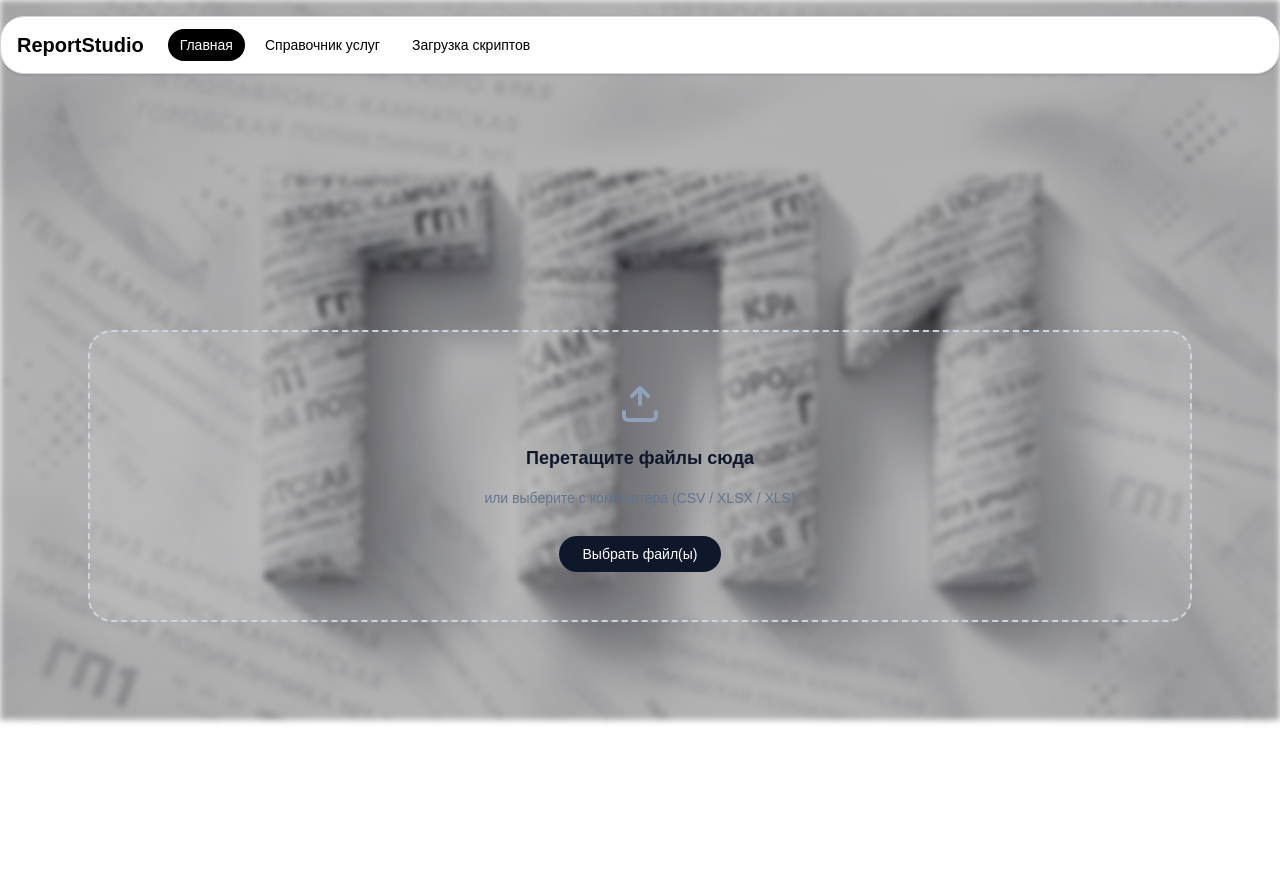
Repository: vladzap2423/report_studio_v2
Page: /
The author's editor kept a copy of each file at every save. The page is drawn from the files as they stood at one save, then again after the next save.
The browser window is 1280 px wide. The pictures show the whole page.
The project was rebuilt for these pictures with package versions that can differ from the ones it lists, and the page was loaded fresh each time. The framework's server and built-in components were replaced by stand-ins that run in the browser. Also part of the build but not shown: next.config.ts, src/app/components/ScriptsList.tsx.

Above is the page before, as saved 2026-03-16 16:43:08.

After the next save:
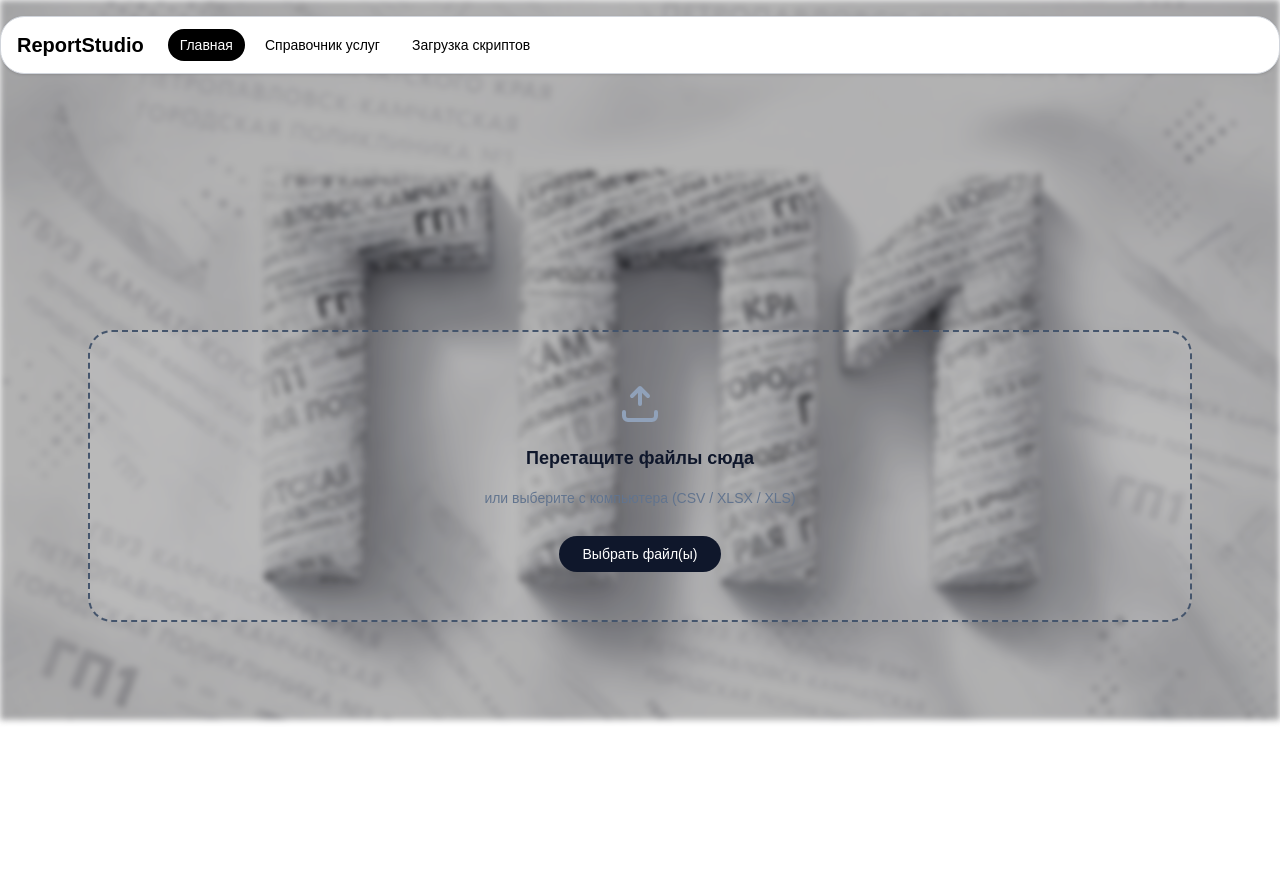
Saved 22 h 27 min later.
--- a/src/app/components/DropZone.tsx
+++ b/src/app/components/DropZone.tsx
@@ -57,7 +57,7 @@
         onDrop={onDrop}
         className={`
     relative flex flex-col items-center justify-center gap-4 rounded-3xl border-2 border-dashed p-12 transition-all duration-300
-    ${isDragging ? "border-emerald-400 bg-white/20 shadow-lg" : "border-slate-300 bg-white/10 hover:border-slate-400 hover:shadow-md"}
+    ${isDragging ? "border-emerald-400 bg-white/20 shadow-lg" : "border-slate-600 bg-white/10 hover:border-slate-400 hover:shadow-md"}
   `}
       >
         <svg className="w-12 h-12 text-slate-400" fill="none" stroke="currentColor" viewBox="0 0 24 24">

After the save that followed:
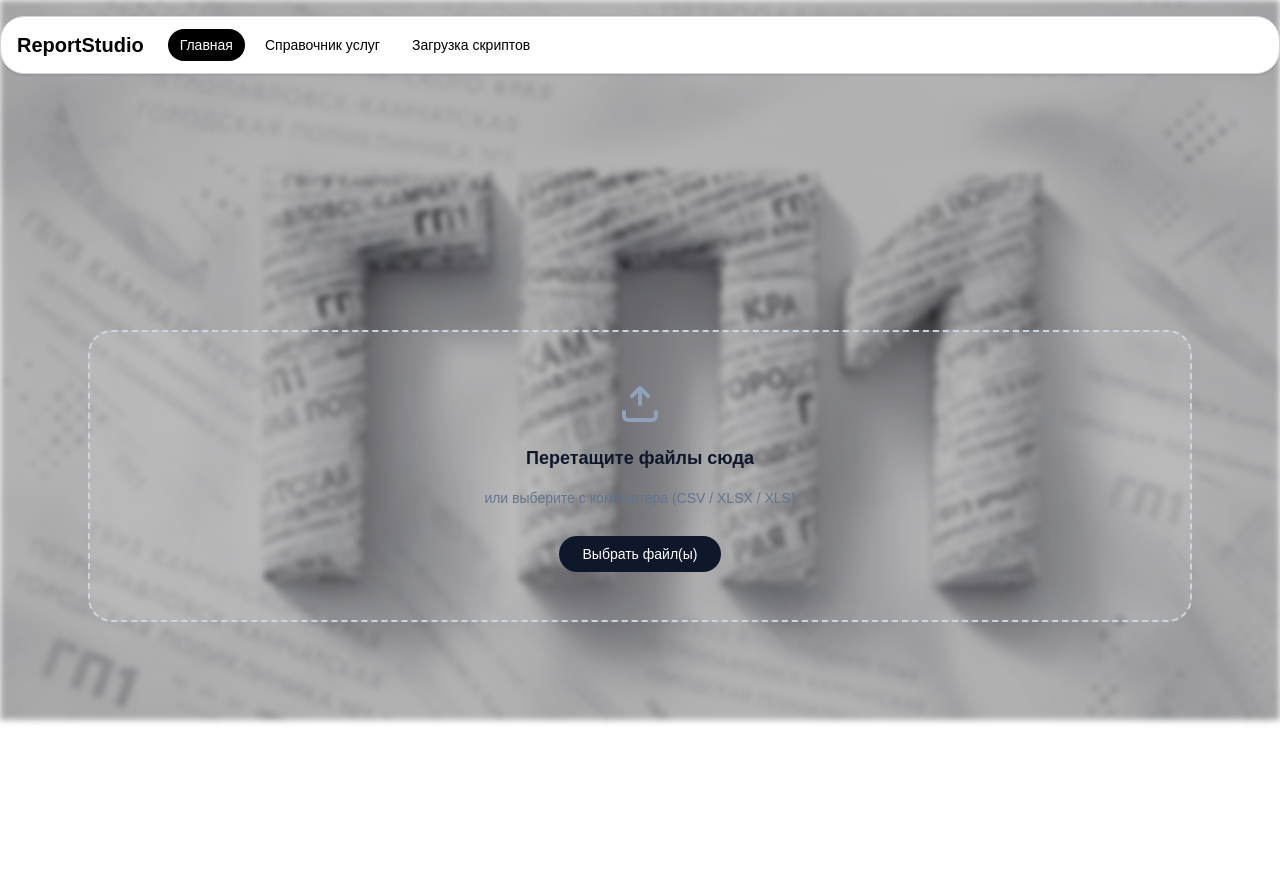
Saved 9 s later.
--- a/src/app/components/DropZone.tsx
+++ b/src/app/components/DropZone.tsx
@@ -57,7 +57,7 @@
         onDrop={onDrop}
         className={`
     relative flex flex-col items-center justify-center gap-4 rounded-3xl border-2 border-dashed p-12 transition-all duration-300
-    ${isDragging ? "border-emerald-400 bg-white/20 shadow-lg" : "border-slate-600 bg-white/10 hover:border-slate-400 hover:shadow-md"}
+    ${isDragging ? "border-emerald-400 bg-white/20 shadow-lg" : "border-slate-300 bg-white/10 hover:border-slate-400 hover:shadow-md"}
   `}
       >
         <svg className="w-12 h-12 text-slate-400" fill="none" stroke="currentColor" viewBox="0 0 24 24">
